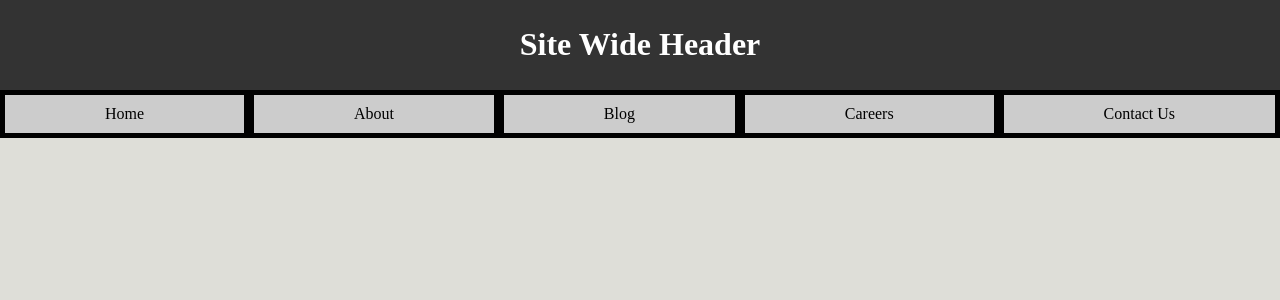
Repository: ayeza-baseer/AssignmentFlexbox
Page: assignment.html
The author's editor kept a copy of each file at every save. The page is drawn from the files as they stood at one save, then again after the next save.
The browser window is 1280 px wide. The pictures show the whole page.
The pointer rests on the first visible `.navbar a`.

Above is the page before, as saved 2023-03-17 13:55:23.

After the next save:
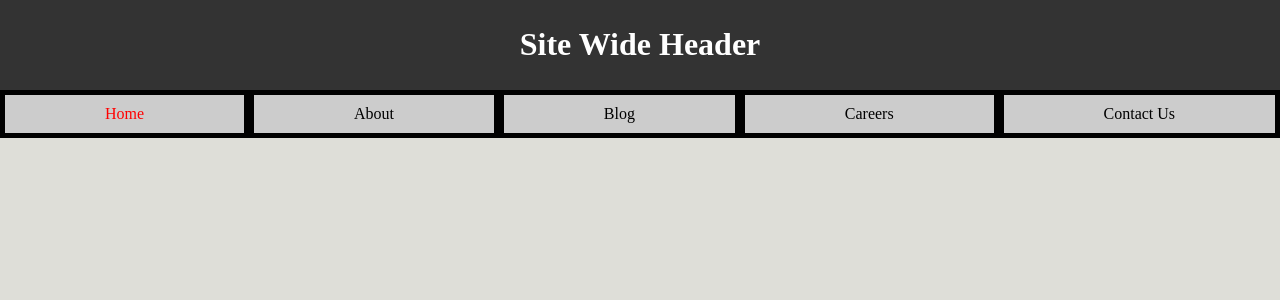
Saved 3 min 10 s later.
--- a/assignment.css
+++ b/assignment.css
@@ -27,3 +27,7 @@ body{
     text-align: center;
     flex-grow:1
   }
+
+  .navbar a:hover {
+    color:red
+  }
